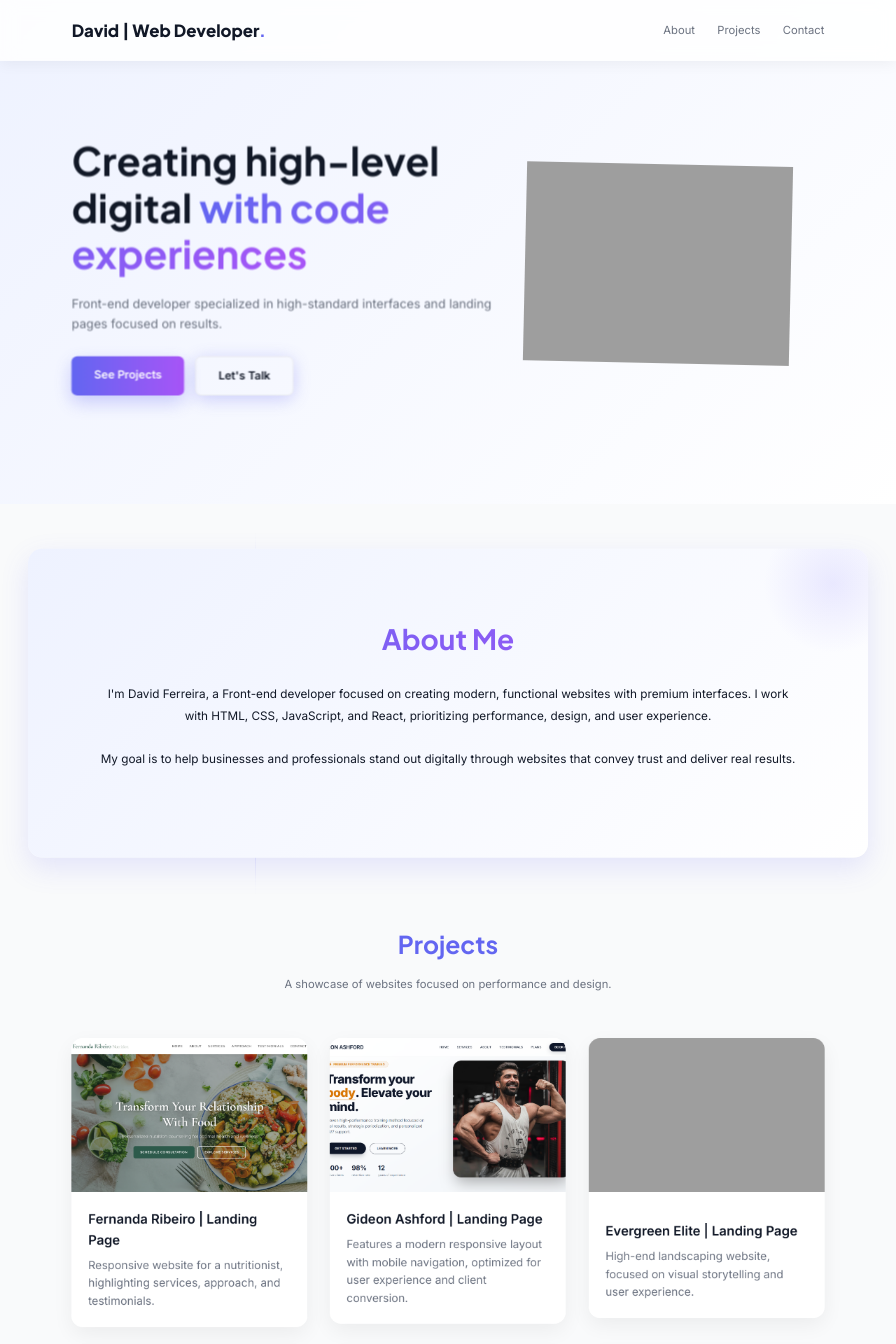
Repository: davidfsillva/portifolio
Page: index.html
These files come from the project's save history. The page is drawn as it stood at one moment and after a run of saves; the edit follows.
The browser window is 1280 px wide. The pictures show the part of the page from y = 0 to 1920 px (the page is 3390 px tall before and 3822 px after), at 70% of full size.
Pictures or frames that could not be fetched are drawn as grey boxes.

Above is the page before, as saved 2026-02-19 16:46:19.
Console error: TypeError: Cannot read properties of null (reading 'addEventListener')

### index.html
<!DOCTYPE html>
<html lang="en">
<head>
    <meta charset="UTF-8">
    <meta name="viewport" content="width=device-width, initial-scale=1.0">

    <title>David Ferreira | Front-end Developer & Premium UI Designer</title>

    <!-- Primary SEO -->
    <meta name="description" content="David Ferreira is a front-end developer specialized in premium interfaces, high-conversion landing pages, and modern digital experiences.">
    <meta name="keywords" content="Front-end Developer, Web Designer, UI Designer, Landing Page, Web Development, Freelancer Brazil">
    <meta name="author" content="David Ferreira">
    <meta name="robots" content="index, follow">
    <link rel="canonical" href="https://davidfsillva.github.io/portifolio/">

    <!-- Open Graph (Facebook, LinkedIn) -->
    <meta property="og:title" content="David Ferreira | Premium Front-end Developer">
    <meta property="og:description" content="High-standard digital interfaces focused on performance and conversion.">
    <meta property="og:image" content="https://yourdomain.com/preview.jpg">
    <meta property="og:url" content="https://davidfsillva.github.io/portifolio/">
    <meta property="og:type" content="website">

    <!-- Twitter Card -->
    <meta name="twitter:card" content="summary_large_image">
    <meta name="twitter:title" content="David Ferreira | Web Developer">
    <meta name="twitter:description" content="Premium web development focused on performance and modern design.">
    <meta name="twitter:image" content="https://yourdomain.com/preview.jpg">

    <!-- Favicon -->
    <link rel="icon" href="img/icon.png" type="image/x-icon">

    <!-- Fonts -->
    <link href="https://fonts.googleapis.com/css2?family=Inter:wght@300;400;600&family=Plus+Jakarta+Sans:wght@700;800&display=swap" rel="stylesheet">

    <!-- Font Awesome -->
    <link rel="stylesheet" href="https://cdnjs.cloudflare.com/ajax/libs/font-awesome/6.5.0/css/all.min.css" integrity="sha512-..." crossorigin="anonymous" referrerpolicy="no-referrer" />

    <link rel="stylesheet" href="style.css">
</head>

<body>

    <!-- NAVBAR -->
    <nav class="navbar">
        <div class="logo"><a href="#">David | Web Developer<span>.</span></a></div>

        <ul class="nav-links">
            <li><a href="#about">About</a></li>
            <li><a href="#portfolio">Projects</a></li>
            <li><a href="#contact" class="btn-sm">Contact</a></li>
        </ul>
    </nav>

    <!-- HERO -->
    <section class="hero">
        <div class="hero-content">
            <h1>Creating high-level digital <span> with code experiences</span></h1>
            <p>Front-end developer specialized in high-standard interfaces and landing pages focused on results.</p>
            <div class="hero-btns">
                <a href="#portfolio" class="btn-primary">See Projects</a>
                <a href="#contact" class="btn-secondary">Let's Talk</a>
            </div>
        </div>
        <div class="hero-visual">
            <div class="hero-glow"></div>
        </div>
    </section>

    <!-- ABOUT -->
    <section id="about" class="section">
        <h2>About Me</h2>
        <p>I'm David Ferreira, a Front-end developer focused on creating modern, functional websites with premium interfaces. I work with HTML, CSS, JavaScript, and React, prioritizing performance, design, and user experience.</p>
        <p>My goal is to help businesses and professionals stand out digitally through websites that convey trust and deliver real results.</p>
    </section>

    <!-- PORTFOLIO -->
    <section id="portfolio" class="portfolio">
        <div class="section-header">
            <h2>Projects</h2>
            <p>A showcase of websites focused on performance and design.</p>
        </div>
        <div class="portfolio-grid">

                                    <!--Project 9-->
            <a href="https://davidfsillva.github.io/Fernanda-Ribeiro/" target="_blank" class="project-link">
                <div class="project-card">
                    <div class="card-image">
                        <img src="img/nutri.png" alt="Gideon Ashford">
                        <div class="card-overlay"><span>View Details</span></div>
                    </div>
                    <div class="card-info">
                        <h3>Fernanda Ribeiro | Landing Page</h3>
                        <p>Responsive website for a nutritionist, highlighting services, approach, and testimonials.</p>
                    </div>
                </div>
            </a>

                                    <!--Project 8-->
            <a href="https://davidfsillva.github.io/Gideon-Ashford/" target="_blank" class="project-link">
                <div class="project-card">
                    <div class="card-image">
                        <img src="img/gideon.png" alt="Gideon Ashford">
                        <div class="card-overlay"><span>View Details</span></div>
                    </div>
                    <div class="card-info">
                        <h3>Gideon Ashford | Landing Page</h3>
                        <p>Features a modern responsive layout with mobile navigation, optimized for user experience and client conversion.</p>
                    </div>
                </div>
            </a>

            <!-- Project 6 -->
            <a href="https://davidfsillva.github.io/Evergreen-Elite-Landscaping/" target="_blank" class="project-link">
                <div class="project-card">
                    <div class="card-image">
                        <img src="img/lndg.png" alt="Alex Carter Project">
                        <div class="card-overlay"><span>View Details</span></div>
                    </div>
                    <div class="card-info">
                        <h3>Evergreen Elite | Landing Page</h3>
                        <p>High-end landscaping website, focused on visual storytelling and user experience.</p>
                    </div>
                </div>
            </a>

            <!-- Project 1 -->
            <a href="https://davidfsillva.github.io/Alex-Carter/" target="_blank" class="project-link">
                <div class="project-card">
                    <div class="card-image">
                        <img src="img/alex.png" alt="Alex Carter Project">
                        <div class="card-overlay"><span>View Details</span></div>
                    </div>
                    <div class="card-info">
                        <h3>Alex Carter | Landing Page</h3>
                        <p>Personal branding website for a professional athlete.</p>
                    </div>
                </div>
            </a>

            <!-- Project 2 -->
            <a href="https://davidfsillva.github.io/e-hammershark/" target="_blank" class="project-link">
                <div class="project-card">
                    <div class="card-image">
                        <img src="img/ecomerce.png" alt="Hammershark Project">
                        <div class="card-overlay"><span>View Details</span></div>
                    </div>
                    <div class="card-info">
                        <h3>Hammershark | E-commerce</h3>
                        <p>Fitness fashion e-commerce, focused on branding and shopping experience.</p>
                    </div>
                </div>
            </a>

            <!-- Project 3 -->
            <a href="https://davidfsillva.github.io/landing-page/" target="_blank" class="project-link">
                <div class="project-card">
                    <div class="card-image">
                        <img src="img/landingpage.png" alt="Landing Page Project">
                        <div class="card-overlay"><span>View Details</span></div>
                    </div>
                    <div class="card-info">
                        <h3>Lucas Andrade | Landing Page</h3>
                        <p>Strategic landing page for lead generation and conversion.</p>
                    </div>
                </div>
            </a>

            <!-- Project 4 -->
            <a href="https://davidfsillva.github.io/beatriz-almeida-adv/" target="_blank" class="project-link">
                <div class="project-card">
                    <div class="card-image">
                        <img src="img/adv.png" alt="Beatriz Almeida Law Firm Project">
                        <div class="card-overlay"><span>View Details</span></div>
                    </div>
                    <div class="card-info">
                        <h3>Beatriz Almeida | Institutional Website</h3>
                        <p>Institutional website conveying authority and trust.</p>
                    </div>
                </div>
            </a>

                        <!-- Project 7 -->
            <a href="https://davidfsillva.github.io/OdontoPrime/" target="_blank" class="project-link">
                <div class="project-card">
                    <div class="card-image">
                        <img src="img/odonto.png" alt="Beatriz Almeida Law Firm Project">
                        <div class="card-overlay"><span>View Details</span></div>
                    </div>
                    <div class="card-info">
                        <h3>OdontoPrime | Institutional Website</h3>
                        <p>Example of a modern dental clinic website featuring a clean</p>
                    </div>
                </div>
            </a>

            <!-- Project 5 -->
            <a href="https://davidfsillva.github.io/Hailey-Reed-Coaching/" target="_blank" class="project-link">
                <div class="project-card">
                    <div class="card-image">
                        <img src="img/Hailey.png" alt="Beatriz Almeida Law Firm Project">
                        <div class="card-overlay"><span>View Details</span></div>
                    </div>
                    <div class="card-info">
                        <h3>Hailey Reed | Landing Page </h3>
                        <p>Modern, responsive landing page designed to showcase personal training services and drive direct conversions.</p>
                    </div>
                </div>
            </a>
        </div>
    </section>

    <!-- CTA / CONTACT -->
    <section id="contact" class="cta-section">
        <h2>Ready to elevate your digital presence?</h2>
        <p>Turn your idea into a high-standard digital interface.</p>
        <a href="https://wa.me/5511990242453" target="_blank" class="btn-whatsapp">Start a WhatsApp Conversation</a>
    </section>

    <!-- FOOTER -->
    <footer>
        <div class="footer-content">
            <p>&copy; 2026 David Ferreira. All rights reserved.</p>
            <div class="social-links">
                <a href="mailto:davidfsillva@icloud.com" target="_blank" rel="noopener noreferrer"><i class="fa-solid fa-envelope"></i></a>
                <a href="https://www.instagram.com/david_websites?igsh=MWdmZWJ3MW80N3JsNQ==" target="_blank" rel="noopener noreferrer"><i class="fa-brands fa-instagram"></i></a>
            </div>
        </div>
    </footer>

    <script src="scripts.js"></script>
</body>
</html>

Loaded but not shown: scripts.js (103 lines, source omitted); style.css (643 lines, source omitted)

After the next 4 saves:
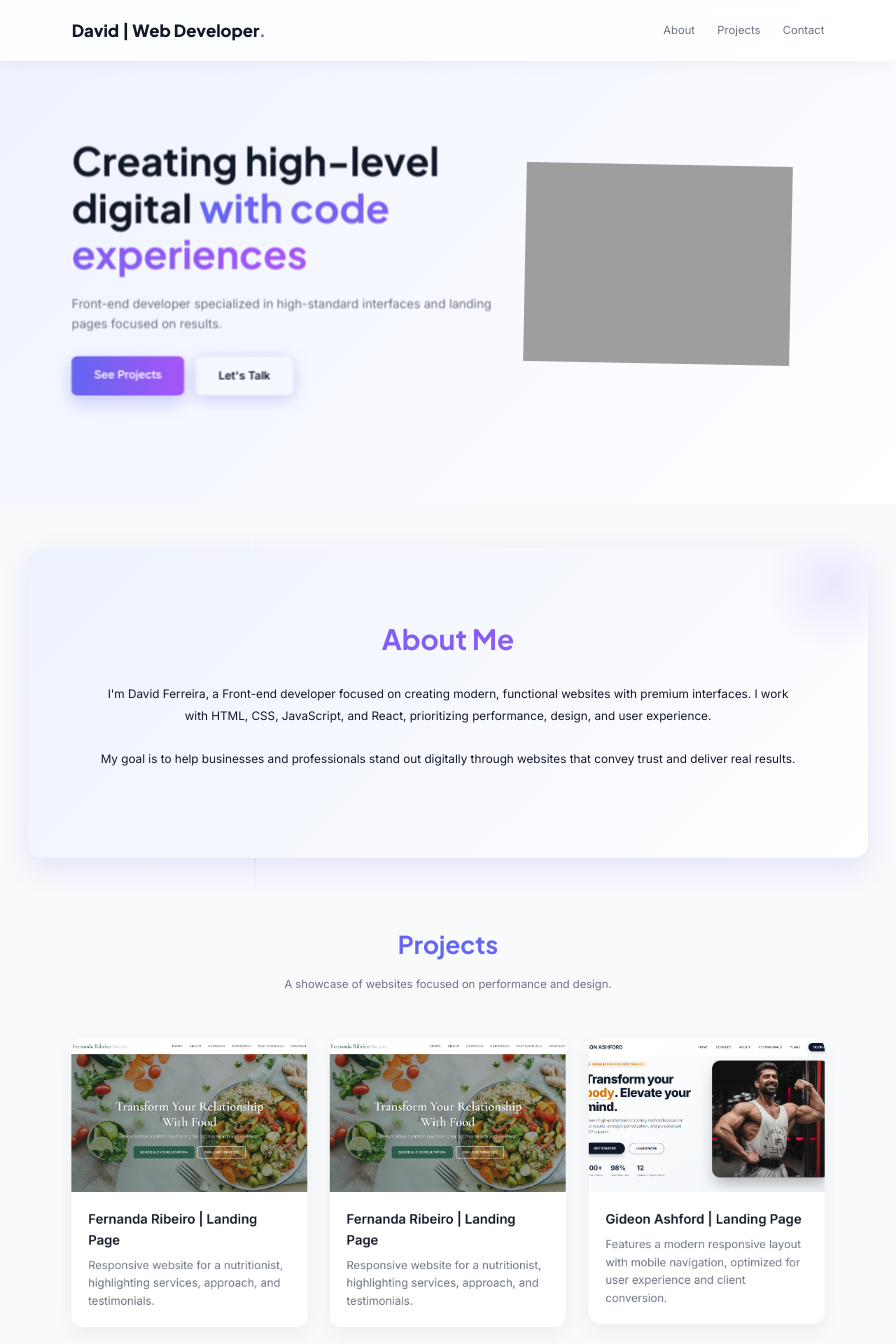
The 4 saves are shown as one change because they came seconds apart.
The last was saved 2 days later.
--- a/index.html
+++ b/index.html
@@ -81,6 +81,20 @@
         </div>
         <div class="portfolio-grid">
 
+                                    <!--Project 10-->
+            <a href="https://davidfsillva.github.io/Fernanda-Ribeiro/" target="_blank" class="project-link">
+                <div class="project-card">
+                    <div class="card-image">
+                        <img src="img/nutri.png" alt="Gideon Ashford">
+                        <div class="card-overlay"><span>View Details</span></div>
+                    </div>
+                    <div class="card-info">
+                        <h3>Fernanda Ribeiro | Landing Page</h3>
+                        <p>Responsive website for a nutritionist, highlighting services, approach, and testimonials.</p>
+                    </div>
+                </div>
+            </a>
+
                                     <!--Project 9-->
             <a href="https://davidfsillva.github.io/Fernanda-Ribeiro/" target="_blank" class="project-link">
                 <div class="project-card">
